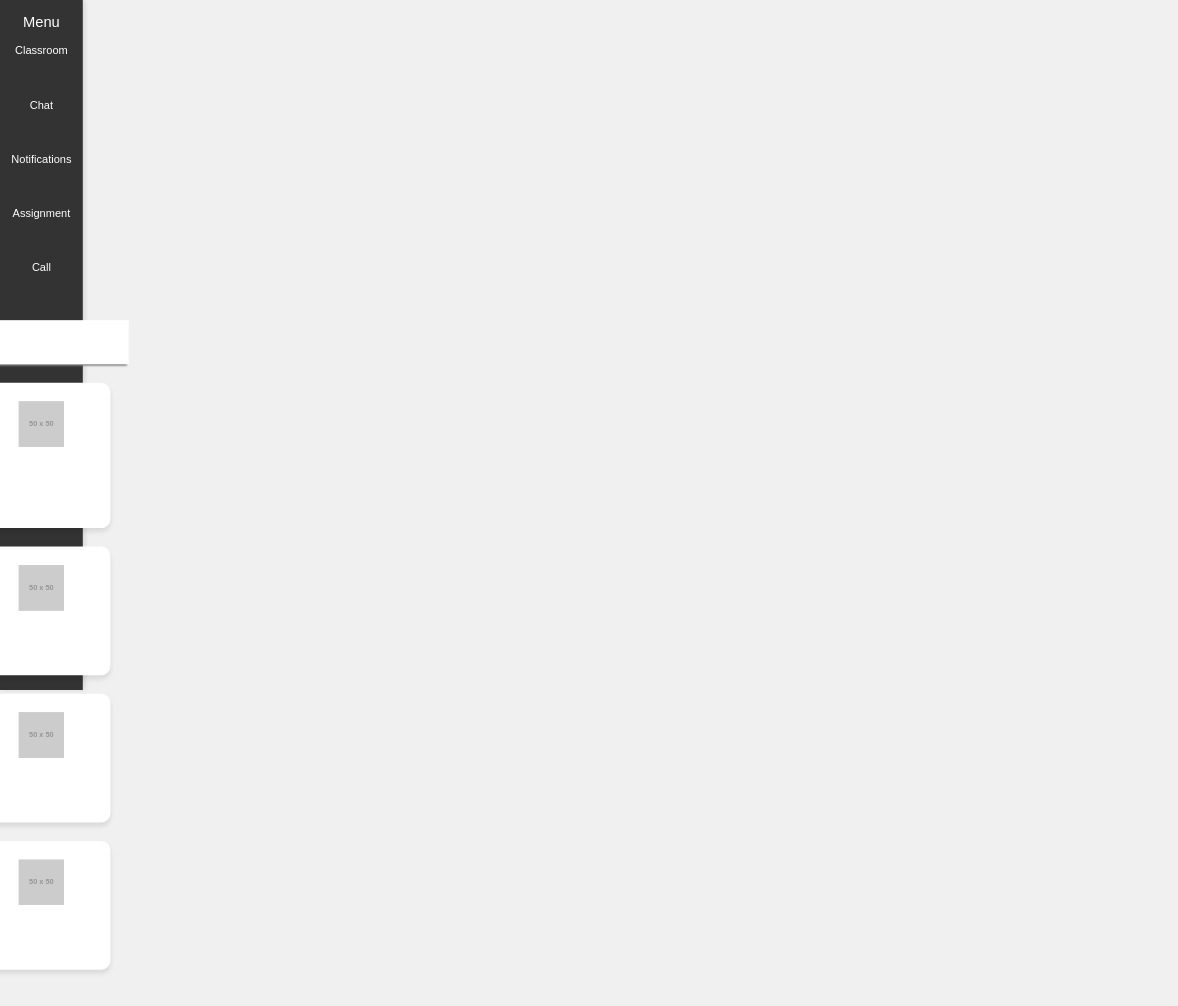
Repository: praifas16/ProPro
Page: docs/studenthead.html
An editor plug-in stored every save of this project. The page is shown before and after the next save, followed by the edit.
The browser window is 1280 px wide. The pictures show the whole page, at 92% of full size.

Above is the page before, as saved 2024-08-21 19:59:24.

### docs/studenthead.html
<!DOCTYPE html>
<html lang="th">
<head>
    <meta charset="UTF-8">
    <meta name="viewport" content="width=device-width, initial-scale=1.0">
    <title>My Dashboard</title>
    <style>
        body {
            font-family: Arial, sans-serif;
            margin: 0;
            padding: 0;
            background-color: #f0f0f0;
            display: flex;
        }

        /* เมนูแถบข้าง */
        .sidebar {
            width: 70px;
            background-color: #333;
            color: white;
            height: 100vh;
            padding: 15px 10px;
            box-shadow: 2px 0 5px rgba(0, 0, 0, 0.1);
            display: flex;
            flex-direction: column;
            align-items: center;
        }

        .sidebar a {
            display: flex;
            flex-direction: column;
            align-items: center;
            color: white;
            padding: 10px;
            text-decoration: none;
            margin-bottom: 20px;
            font-size: 12px;
            text-align: center;
        }

        .sidebar a:hover {
            background-color: #575757;
            border-radius: 4px;
            width: 100%;
            text-align: center;
        }

        .sidebar i {
            font-size: 24px;
            margin-bottom: 5px;
        }

        /* โครงสร้างหน้าเว็บหลัก */
        .main-content {
            flex-grow: 1;
            padding: 20px;
        }

        header {
            background-color: #ffffff;
            padding: 10px;
            text-align: center;
            box-shadow: 0px 4px 2px -2px gray;
        }

        h1 {
            margin: 0;
            font-size: 24px;
        }

        .container {
            display: grid;
            grid-template-columns: repeat(auto-fill, minmax(150px, 1fr));
            gap: 20px;
            padding: 20px;
        }

        .card {
            background-color: #ffffff;
            border-radius: 10px;
            box-shadow: 0 4px 6px rgba(0, 0, 0, 0.1);
            text-align: center;
            padding: 20px;
            transition: transform 0.3s;
        }

        .card:hover {
            transform: scale(1.05);
        }

        .card img {
            width: 50px;
            height: 50px;
            margin-bottom: 10px;
        }

        .card p {
            margin: 0;
            font-size: 16px;
        }
    </style>
</head>
<body>
    <!-- เมนูแถบข้าง -->
    <div class="sidebar">
        <div class="menu-header">Menu</div>
        <div>
        <a href="#"><i class="fa fa-home"></i><span>Classroom</span></a>
        <a href="#"><i class="fa fa-users"></i><span>Chat</span></a>
        <a href="#"><i class="fa fa-notificat"></i><span>Notifications</span></a>
        <a href="#"><i class="fa fa-assign"></i><span>Assignment</span></a>
        <a href="#"><i class="fa fa-phone"></i><span>Call</span></a>
    </div>

    <!-- เนื้อหาหลัก -->
    <div class="main-content">
        <header>
            <h1>Project</h1>
        </header>
        <div class="container">
            <div class="card">
                <img src="https://via.placeholder.com/50" alt="icon">
                <p>ห้องติว 001213 เทอม 2 ปีการศึกษา 65</p>
            </div>
            <div class="card">
                <img src="https://via.placeholder.com/50" alt="icon">
                <p>Internet Programming</p>
            </div>
            <div class="card">
                <img src="https://via.placeholder.com/50" alt="icon">
                <p>Communicative English</p>
            </div>
            <div class="card">
                <img src="https://via.placeholder.com/50" alt="icon">
                <p>Artificial Intelligence</p>
            </div>
            <!-- เพิ่มเติม Card อื่น ๆ ตามต้องการ -->
        </div>
    </div>
</body>
</html>

After the next save:
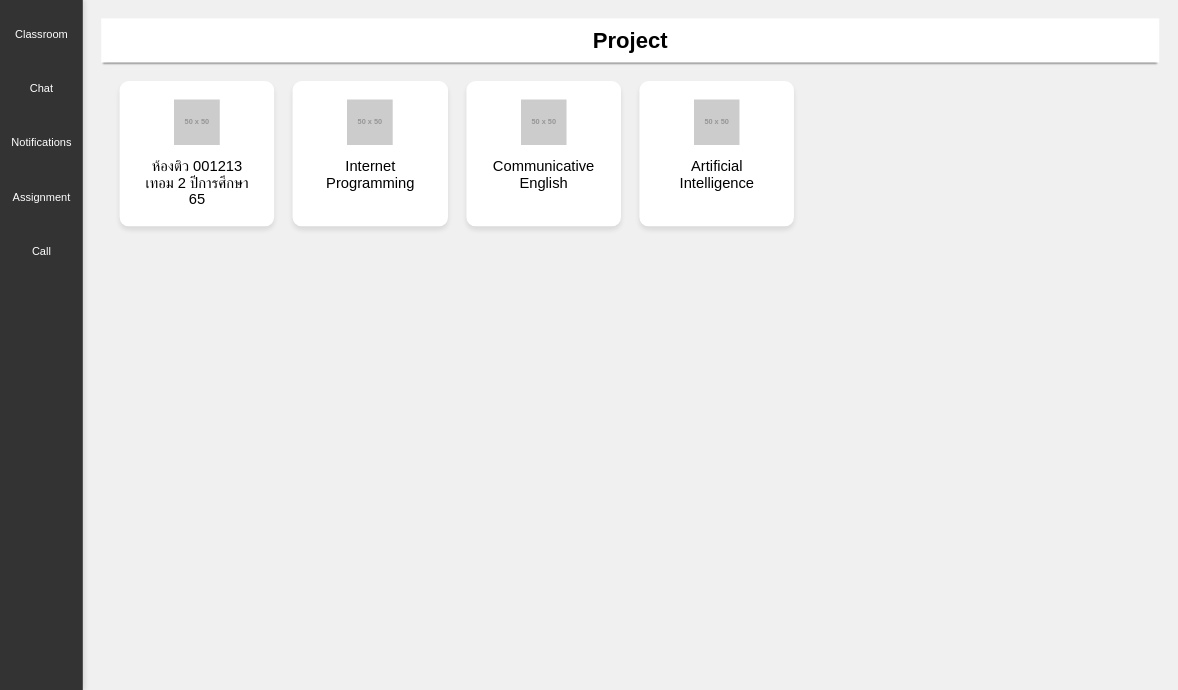
Saved 25 s later.
--- a/docs/studenthead.html
+++ b/docs/studenthead.html
@@ -103,8 +103,6 @@
 <body>
     <!-- เมนูแถบข้าง -->
     <div class="sidebar">
-        <div class="menu-header">Menu</div>
-        <div>
         <a href="#"><i class="fa fa-home"></i><span>Classroom</span></a>
         <a href="#"><i class="fa fa-users"></i><span>Chat</span></a>
         <a href="#"><i class="fa fa-notificat"></i><span>Notifications</span></a>
